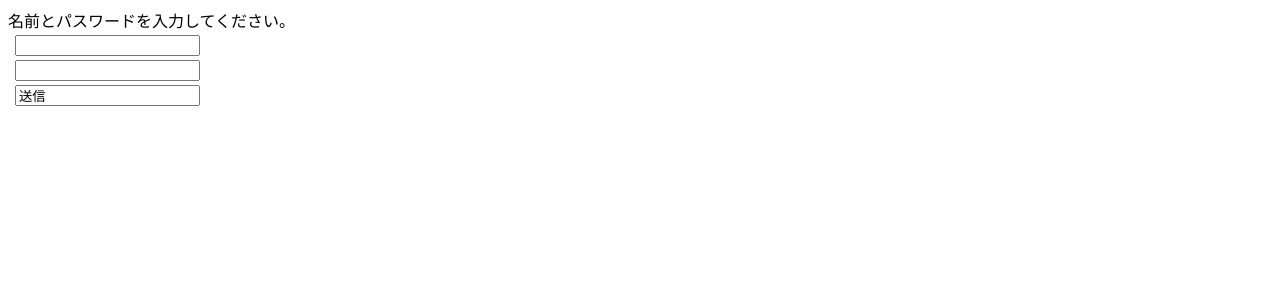
Repository: kazutoshiyamamoto0909/test
Page: http://localhost/WebProj2/welcome.jsp
An editor plug-in stored every save of this project. The page is shown before and after the next save, followed by the edit.
The browser window is 1280 px wide. The pictures show the whole page.
The page is served by Tomcat 9. Other server files are loaded and not shown.

Above is the page before, as saved 2018-08-30 07:38:24.

### WebProj2/WebContent/welcome.jsp
<%@ page language="java" contentType="text/html; charset=UTF-8" pageEncoding="UTF-8"%>
<%@ taglib prefix="s" uri="/struts-tags" %>
<!DOCTYPE html>
<html>
<head>
<meta charset="utf-8">
<title>WELCOME</title>
</head>
<body>
名前とパスワードを入力してください。
<s:form method="post" action="LoginAction">
<s:textfield name="username" lavel="ユーザー名"/>
<s:textfield name="password" lavel="パスワード"/>
<s:textfield value="送信"/>
</s:form>
</body>
</html>

After the next save:
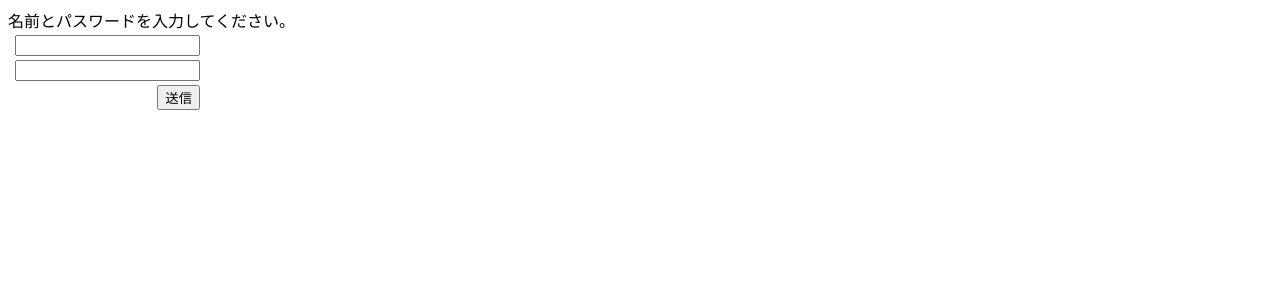
Saved 2 min 55 s later.
--- a/WebProj2/WebContent/welcome.jsp
+++ b/WebProj2/WebContent/welcome.jsp
@@ -10,8 +10,8 @@
 名前とパスワードを入力してください。
 <s:form method="post" action="LoginAction">
 <s:textfield name="username" lavel="ユーザー名"/>
-<s:textfield name="password" lavel="パスワード"/>
-<s:textfield value="送信"/>
+<s:password name="password" lavel="パスワード"/>
+<s:submit value="送信"/>
 </s:form>
 </body>
 </html>
